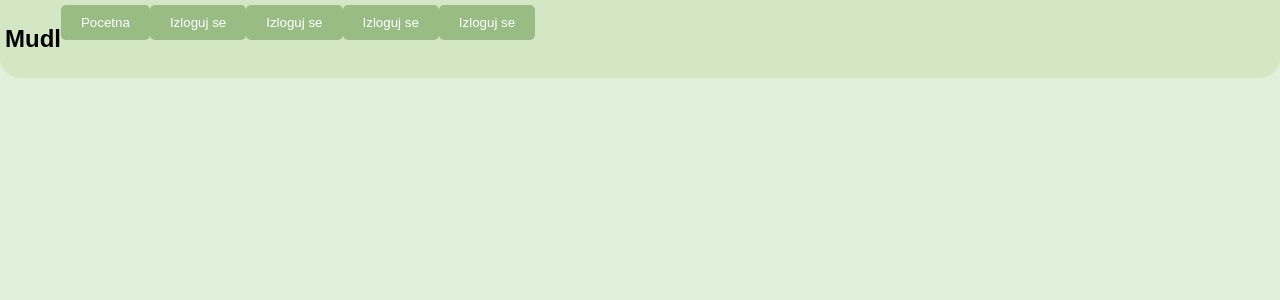
Repository: MarkoKillin/RazvojInformacionihSistemaProjekat
Page: http://localhost/MudlWeb/headers/admin_header.jsp
The author's editor kept a copy of each file at every save. The page is drawn from the files as they stood at one save, then again after the next save.
The browser window is 1280 px wide. The pictures show the whole page.
The page is served by Tomcat 10. Other server files are loaded and not shown.

Above is the page before, as saved 2024-01-28 17:36:33.

### MudlWeb/src/main/webapp/headers/admin_header.jsp
<%@ page language="java" contentType="text/html; charset=UTF-8"
	pageEncoding="UTF-8"%>
<!DOCTYPE html>
<html lang="en">
<head>
<meta charset="UTF-8">
<meta name="viewport" content="width=device-width, initial-scale=1.0">
<title>Admin Mudl</title>
<link rel="stylesheet" type="text/css"
	href="${pageContext.request.contextPath}/css/styles.css">
</head>
<body>

	<header>
		<h2>Mudl</h2>
		<a href="/Mudl/admin/home"><button>Pocetna</button></a>
		<a href="/Mudl/logout"><button>Izloguj se</button></a>
		<a href="/Mudl/logout"><button>Izloguj se</button></a>
		<a href="/Mudl/logout"><button>Izloguj se</button></a>
		<a href="/Mudl/logout"><button>Izloguj se</button></a>

	</header>

</body>
</html>

### MudlWeb/src/main/webapp/css/styles.css
@charset "UTF-8";

:root {
	--primary-color: #E1F0DA;
	--secondary-color: #D4E7C5;
	--accent-color: #BFD8AF;
	--highlight-color: #99BC85;
}

body {
	font-family: 'Arial', sans-serif;
	background-color: var(--primary-color);
	color: black;
	height: 100vh;
	margin: 0%;
}

header {
	background-color: var(--secondary-color);
	padding: 5px;
	display: flex;
	border-bottom-left-radius: 20px;
	border-bottom-right-radius: 20px;
}

a {

}

footer {
	background-color: var(--secondary-color);
	padding: 10px;
	text-align: center;
	position: fixed;
	bottom: 0;
	width: 100%;
}


button {
	background-color: var(--highlight-color);
	color: white;
	padding: 10px 20px;
	border: none;
	border-radius: 5px;
	cursor: pointer;

}

button:hover {
	background-color: var(--primary-color);
	color: black;
}

After the next save:
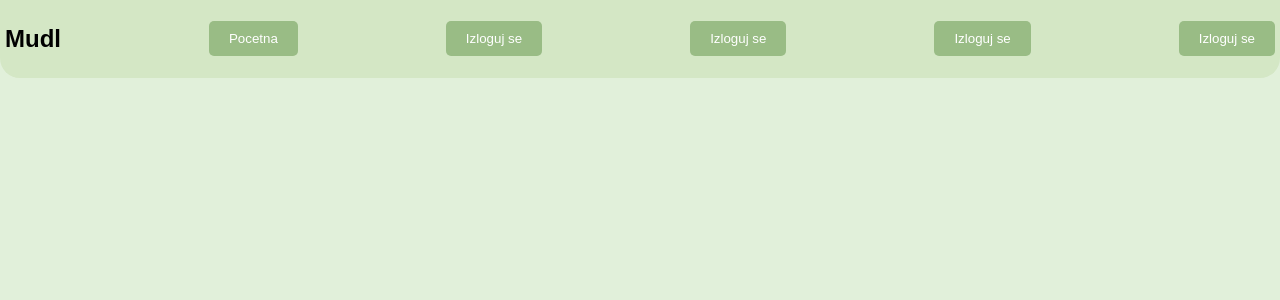
Saved 106 s later.
--- a/MudlWeb/src/main/webapp/css/styles.css
+++ b/MudlWeb/src/main/webapp/css/styles.css
@@ -19,13 +19,12 @@ header {
 	background-color: var(--secondary-color);
 	padding: 5px;
 	display: flex;
+	justify-content: space-between;
+	align-items: center;
 	border-bottom-left-radius: 20px;
 	border-bottom-right-radius: 20px;
 }
 
-a {
-
-}
 
 footer {
 	background-color: var(--secondary-color);
